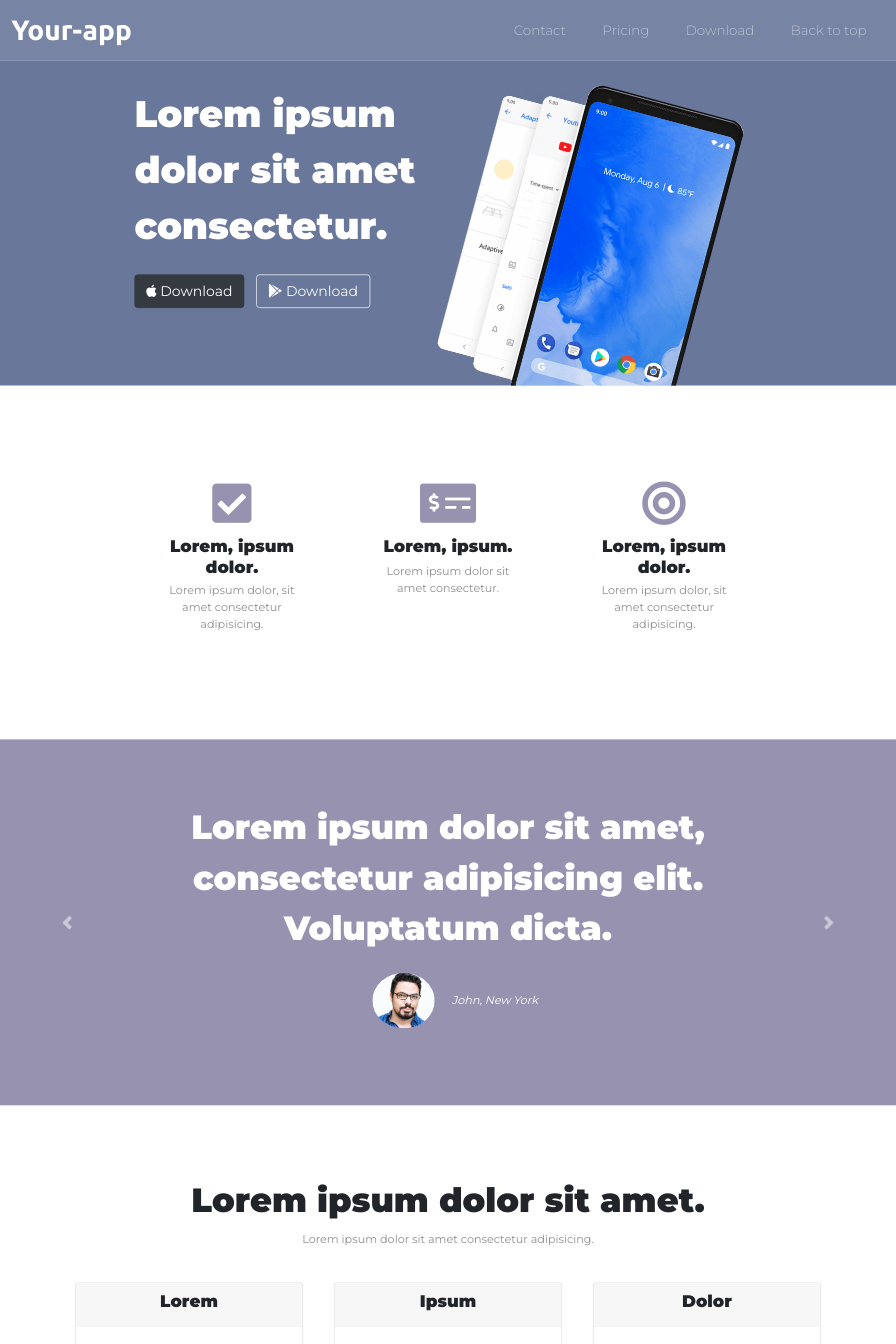
Repository: Isanderr/Simple_landing_page_2-Bootstrap4
Page: index.html
These files come from the project's save history. The page is drawn as it stood at one moment and after the next save; the edit follows.
The browser window is 1280 px wide. The pictures show the part of the page from y = 0 to 1920 px (the page is 3125 px tall), at 70% of full size.
Some web libraries are served in a nearby version.

Above is the page before, as saved 2019-02-03 19:46:09.

### index.html
<!DOCTYPE html>
<html>

  <head>
    <meta charset="utf-8">
    <meta name="viewport" content="width=device-width, initial-scale=1, shrink-to-fit=no">
    <title>App-landingpage</title>
    <link rel="stylesheet" href="https://stackpath.bootstrapcdn.com/bootstrap/4.2.1/css/bootstrap.min.css" integrity="sha384-GJzZqFGwb1QTTN6wy59ffF1BuGJpLSa9DkKMp0DgiMDm4iYMj70gZWKYbI706tWS"
      crossorigin="anonymous">
    <link rel="stylesheet" href="https://use.fontawesome.com/releases/v5.7.1/css/all.css" integrity="sha384-fnmOCqbTlWIlj8LyTjo7mOUStjsKC4pOpQbqyi7RrhN7udi9RwhKkMHpvLbHG9Sr"
      crossorigin="anonymous">
    <link href="https://fonts.googleapis.com/css?family=Montserrat:300,400,900|Ubuntu:400,700" rel="stylesheet">
    <link rel="stylesheet" href="css/styles.css">
  </head>

  <body>
    <section id="title">
      <div class="container-fluid">
        <!-- Nav Bar -->
        <nav class="navbar navbar-expand-lg navbar-dark fixed-top ">
          <a class="navbar-brand" href="">Your-app</a>
          <button class="navbar-toggler" type="button" data-toggle="collapse" data-target="#navbarTogglerDemo02">
            <span class="navbar-toggler-icon"></span>
          </button>
          <div class="collapse navbar-collapse" id="navbarTogglerDemo02">
            <ul class="navbar-nav ml-auto">
              <li class="nav-item">
                <a class="nav-link" href="#footer">Contact</a>
              </li>
              <li class="nav-item">
                <a class="nav-link" href="#pricing">Pricing</a>
              </li>
              <li class="nav-item">
                <a class="nav-link" href="#cta">Download</a>
              </li>
              <li class="nav-item">
                <a class="nav-link" href="#title">Back to top</a>
              </li>
            </ul>
          </div>
        </nav>
        <!-- Title -->
        <div class="row">
          <div class="col-lg-6">
            <h1 class="big-heading">Lorem ipsum dolor sit amet consectetur.</h1>
            <button type="button" class="btn btn-dark btn-lg download-btn"><i class="fab fa-apple"></i> Download</button>
            <button type="button" class="btn btn-outline-light btn-lg download-btn"><i class="fab fa-google-play"></i>
              Download</button>
          </div>
          <div class="col-lg-6">
            <img src="images/android-phone.png" alt="andoind-phone" class="title-img">
          </div>
        </div>
      </div>
    </section>
    <!-- Features -->
    <section id="features">
      <div class="row">
        <div class="feature-box col-lg-4">
          <i class="fas fa-check-square fa-4x icon"></i>
          <h3>Lorem, ipsum dolor.</h3>
          <p>Lorem ipsum dolor, sit amet consectetur adipisicing.</p>
        </div>
        <div class="feature-box col-lg-4">
          <i class="fas fa-money-check-alt fa-4x icon"></i>
          <h3>Lorem, ipsum.</h3>
          <p>Lorem ipsum dolor sit amet consectetur.</p>
        </div>
        <div class="feature-box col-lg-4">
          <i class="fas fa-bullseye fa-4x icon"></i>
          <h3>Lorem, ipsum dolor.</h3>
          <p>Lorem ipsum dolor, sit amet consectetur adipisicing.</p>
        </div>
      </div>
    </section>
    <!-- Testimonials -->
    <section id="testimonials">
      <div id="testimonial-carousel" class="carousel slide" data-ride="false">
        <div class="carousel-inner">
          <div class="carousel-item active">
            <h2>Lorem ipsum dolor sit amet, consectetur adipisicing elit. Voluptatum dicta.</h2>
            <img class="testimonial-img" src="images/men.jpg" alt="men-profile">
            <em>John, New York</em>
          </div>
          <div class="carousel-item">
            <h2 class="testimonial-text">Lorem ipsum dolor sit amet consectetur adipisicing elit. Nostrum, excepturi.</h2>
            <img class="testimonial-img" src="images/woman.jpg" alt="lady-profile">
            <em>Beverly, Illinois</em>
          </div>
        </div>
        <a class="carousel-control-prev" href="#testimonial-carousel" role="button" data-slide="prev">
          <span class="carousel-control-prev-icon"></span>
        </a>
        <a class="carousel-control-next" href="#testimonial-carousel" role="button" data-slide="next">
          <span class="carousel-control-next-icon"></span>
        </a>
      </div>
    </section>
    <!-- Press -->
    <!-- <section id="press">
      <img class="press-logo" src="images/techcrunch.png" alt="tc-logo">
      <img class="press-logo" src="images/tnw.png" alt="tnw-logo">
      <img class="press-logo" src="images/mashable.png" alt="mashable-logo">
      <img class="press-logo" src="images/bizinsider.png" alt="biz-insider-logo">
    </section> -->
    <!-- Pricing -->
    <section id="pricing">
      <h2>Lorem ipsum dolor sit amet.</h2>
      <p>Lorem ipsum dolor sit amet consectetur adipisicing.</p>
      <div class="row">
        <div class="pricing-column col-lg-4 col-md-6">
          <div class="card">
            <div class="card-header">
              <h3>Lorem</h3>
            </div>
            <div class="card-body">
              <h2>Free</h2>
              <p>5 Matches Per Day</p>
              <p>10 Messages Per Day</p>
              <p>Unlimited App Usage</p>
              <button class="btn btn-lg btn-block btn-outline-dark" type="button">Sign Up</button>
            </div>
          </div>
        </div>
        <div class="pricing-column col-lg-4 col-md-6">
          <div class="card">
            <div class="card-header">
              <h3>Ipsum</h3>
            </div>
            <div class="card-body">
              <h2>$49 / mo</h2>
              <p>Unlimited Matches</p>
              <p>Unlimited Messages</p>
              <p>Unlimited App Usage</p>
              <button class="btn btn-lg btn-block btn-dark" type="button">Sign Up</button>
            </div>
          </div>
        </div>
        <div class="pricing-column col-lg-4 col-md-12">
          <div class="card">
            <div class="card-header">
              <h3>Dolor</h3>
            </div>
            <div class="card-body">
              <h2>$99 / mo</h2>
              <p>Pirority Listing</p>
              <p>Unlimited Matches</p>
              <p>Unlimited Messages</p>
              <p>Unlimited App Usage</p>
              <button class="btn btn-lg btn-block btn-dark" type="button">Sign Up</button>
            </div>
          </div>
        </div>
      </div>
    </section>
    <!-- Call to Action -->
    <section id="cta">
      <h3 class="cta-heading">Lorem ipsum dolor sit amet consectetur.</h3>
      <button class="btn btn-lg btn-dark download-btn" type="button"><i class="fab fa-apple"></i> Download</button>
      <button class="btn btn-outline-light btn-lg download-btn" type="button"><i class="fab fa-google-play"></i>
        Download</button>
    </section>
    <!-- Footer -->
    <footer id="footer">
      <i class="social-icon fab fa-facebook-square"></i>
      <i class="social-icon fab fa-twitter-square"></i>
      <i class="social-icon fab fa-instagram"></i>
      <i class="social-icon fas fa-envelope"></i>
      <p>© Copyright 2019 Łukasz Cendrowski</p>
    </footer>
    <script src="https://code.jquery.com/jquery-3.3.1.slim.min.js" integrity="sha384-q8i/X+965DzO0rT7abK41JStQIAqVgRVzpbzo5smXKp4YfRvH+8abtTE1Pi6jizo"
      crossorigin="anonymous"></script>
    <script src="https://cdnjs.cloudflare.com/ajax/libs/popper.js/1.14.6/umd/popper.min.js" integrity="sha384-wHAiFfRlMFy6i5SRaxvfOCifBUQy1xHdJ/yoi7FRNXMRBu5WHdZYu1hA6ZOblgut"
      crossorigin="anonymous"></script>
    <script src="https://stackpath.bootstrapcdn.com/bootstrap/4.2.1/js/bootstrap.min.js" integrity="sha384-B0UglyR+jN6CkvvICOB2joaf5I4l3gm9GU6Hc1og6Ls7i6U/mkkaduKaBhlAXv9k"
      crossorigin="anonymous"></script>
  </body>

</html>

### css/styles.css

/* fonts */
/* font-family: 'Ubuntu', sans-serif;
font-family: 'Montserrat', sans-serif; */

/* colors */
/* #d7eaea
#acdbdf
#9692af
#69779b */

body {
    font-family: 'Montserrat', sans-serif;
    padding-top: 86px;
}

h1, h2, h3, h4, h5, h6 {
    font-family: 'Montserrat', sans-serif;
    font-weight: 900;
}

h2 {
    font-size: 3rem;
    line-height: 1.5;
}

h3 {
    font-size: 1.5rem;
}

p {
    color: #8f8f8f;
}





/* headings */

.big-heading {
    font-family: 'Montserrat', sans-serif;
    font-weight: 900;
    font-size: 3.3rem;
    line-height: 1.5;
}

#title {
    background-color: #69779b;
    color: #ffffff;
}

.container-fluid{
    padding: 3% 15% 7%;
}
/* Nav */

.navbar {
    background-color:rgba(105, 119, 155, 0.9)
}

.navbar-brand{
    font-family: 'Ubuntu', sans-serif;
    font-size: 2.5rem;
    font-weight: 900;
}

.nav-item {
    padding: 0 18px;
}

.nav-link {
    font-size: 1.2rem;
    font-weight: 300;
}

/* download buttons */

.download-btn {
    margin: 5% 3% 5% 0;
}

/* title img */

.title-img {
    width: 75%;
    transform: rotate(15deg);
    position: absolute;
    right: 20%;
}

/* features */

#features {
    padding: 7% 15%;
    background-color: #ffffff;
    position: relative;

}

.feature-box {
    text-align: center;
    padding: 5%;
}
.icon {
    color: #9692af;
    margin-bottom: 1rem;
}

.icon:hover {
    color: #69779b;
}

/* testimonial */

#testimonials {
    text-align: center;
    background-color: #9692af;
    color: #ffffff;
}

.testimonial-img {
    width: 10%;
    border-radius: 100%;
    margin: 20px;
}

.carousel-item {
    padding: 7% 15%;
}

/* #press {
    background-color: #9692af;
    text-align: center;
    padding-bottom: 3%;
}

.press-logo {
    width: 15%;
    margin: 20px 20px 50px;
} */

/* pricing */

#pricing {
    padding: 100px;
    text-align: center;
}

.pricing-column {
padding: 3% 2%;
}

/* cta */

#cta {
    background-color: #69779b;
    color: #ffffff;
    padding: 7% 15%;
    text-align: center;
}

.cta-heading {
    font-family: 'Montserrat', sans-serif;
    font-weight: 900;
    font-size: 3.5rem;
    line-height: 1.5;
}

/* footer */

#footer {
    padding: 7% 15%;
    text-align: center;
}

.social-icon {
    margin: 20px 10px;
}



@media only screen and (max-width: 1086px) {

    #title {
        text-align: center;
    }
    .title-img {
        position: static;
        transform: rotate(0);
    }
}

After the next save:
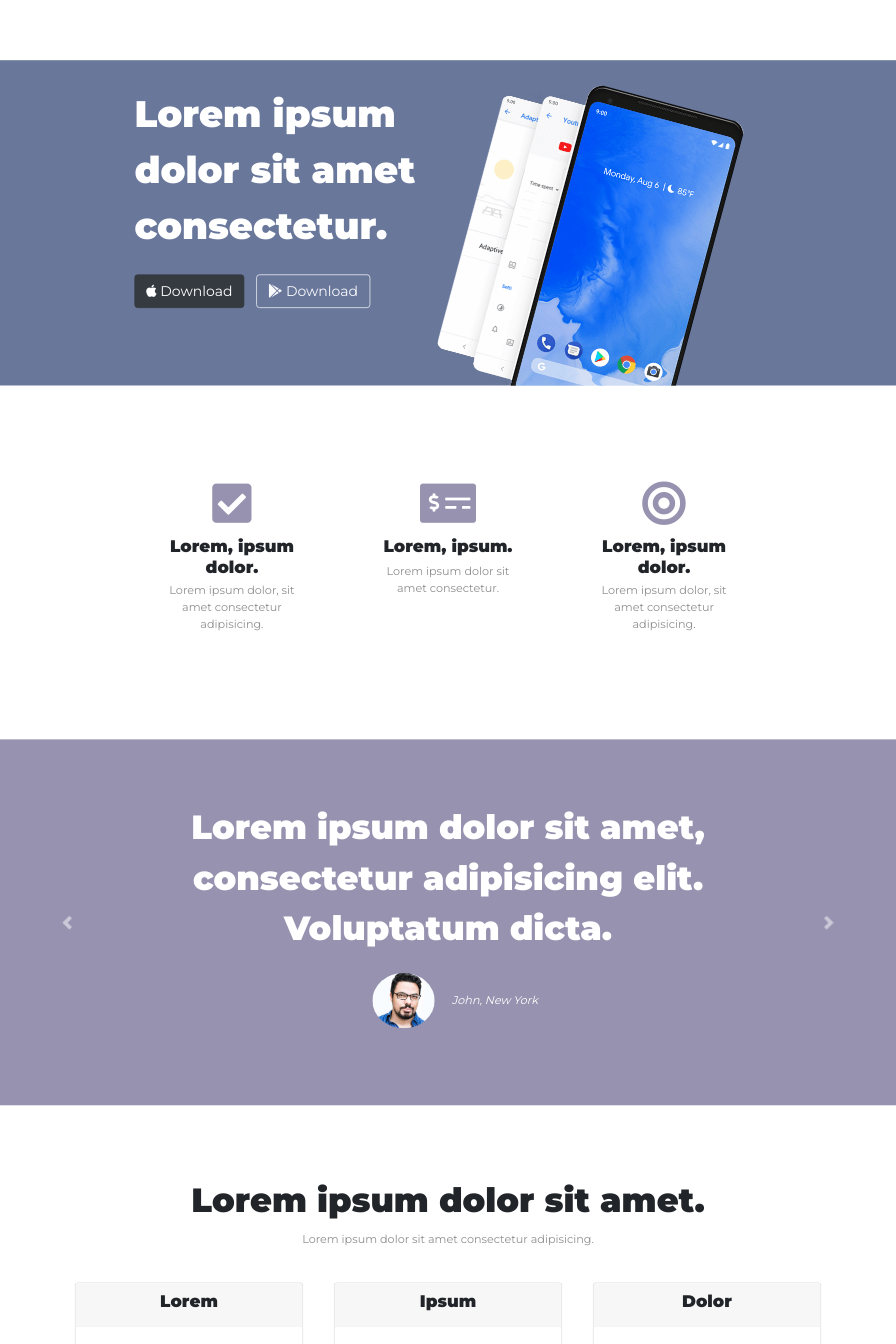
Saved 115 s later.
--- a/css/styles.css
+++ b/css/styles.css
@@ -56,7 +56,7 @@
 /* Nav */
 
 .navbar {
-    background-color:rgba(105, 119, 155, 0.9)
+    background-color:rgba(105, 119, 155,)
 }
 
 .navbar-brand{

After the 3 saves that followed:
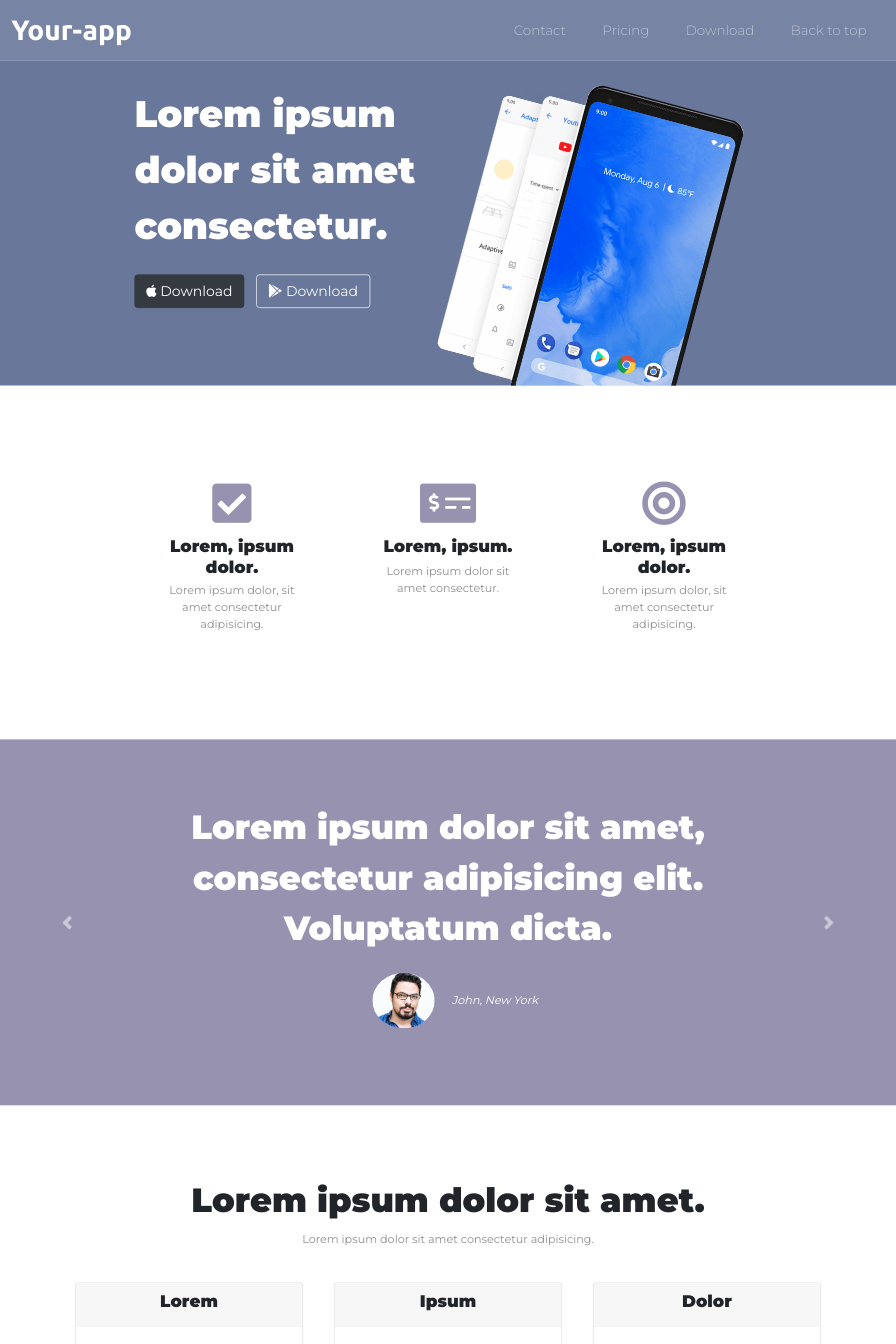
The 3 saves are shown as one change because 2 left the picture as it was.
The last was saved 32 s later.
--- a/css/styles.css
+++ b/css/styles.css
@@ -56,7 +56,7 @@
 /* Nav */
 
 .navbar {
-    background-color:rgba(105, 119, 155,)
+    background-color:rgba(105, 119, 155,0.9);
 }
 
 .navbar-brand{
